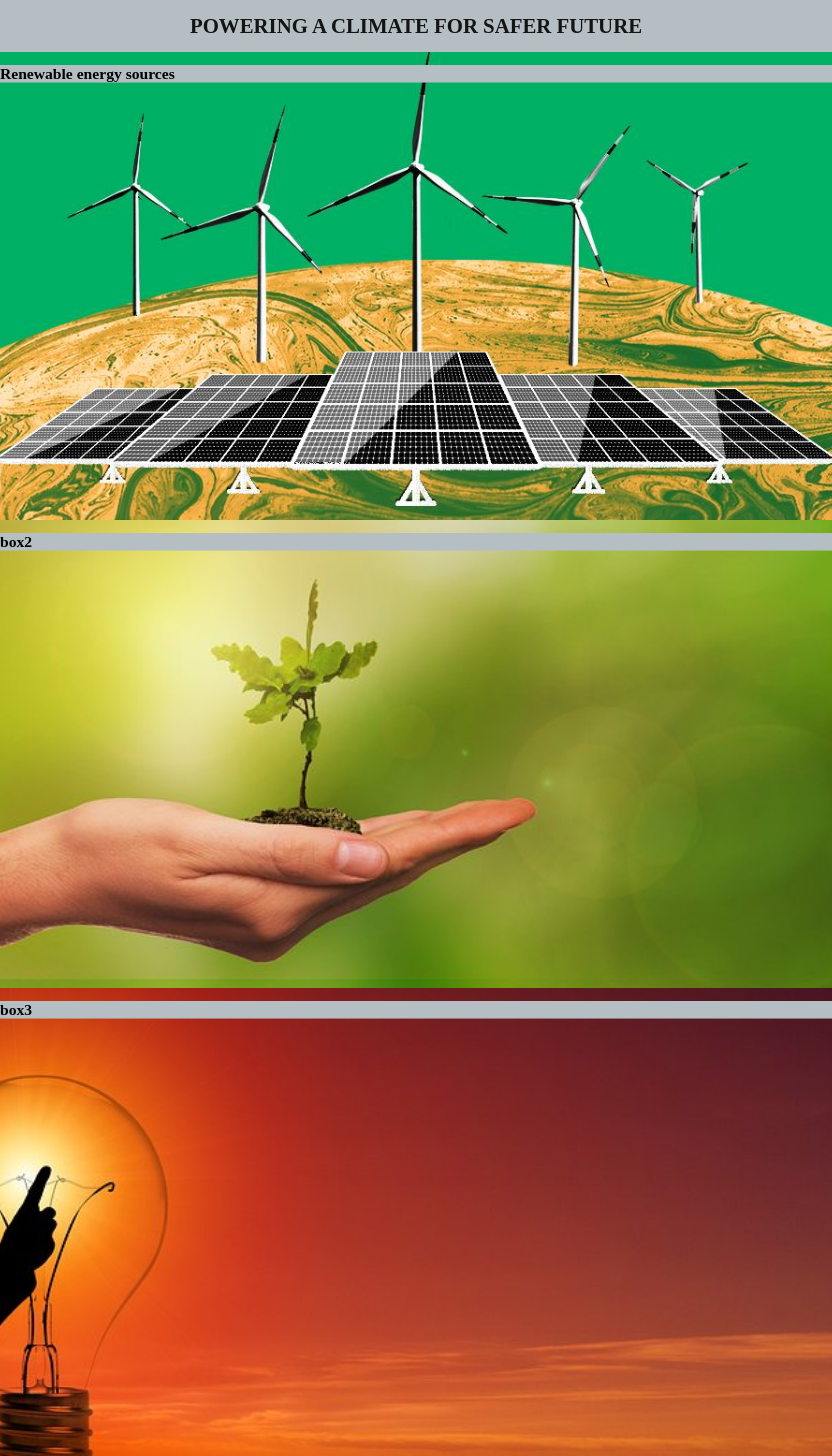
Repository: NavinDayanithi/static-web-design-competition
Page: index.html
These files come from the project's save history. The page is drawn as it stood at one moment and after a run of saves; the edit follows.
The browser window is 1280 px wide. The pictures show the whole page, at 65% of full size.
Backgrounds fixed to the window are drawn as part of the page.

Above is the page before, as saved 2023-04-28 19:48:23.

After the next 2 saves:
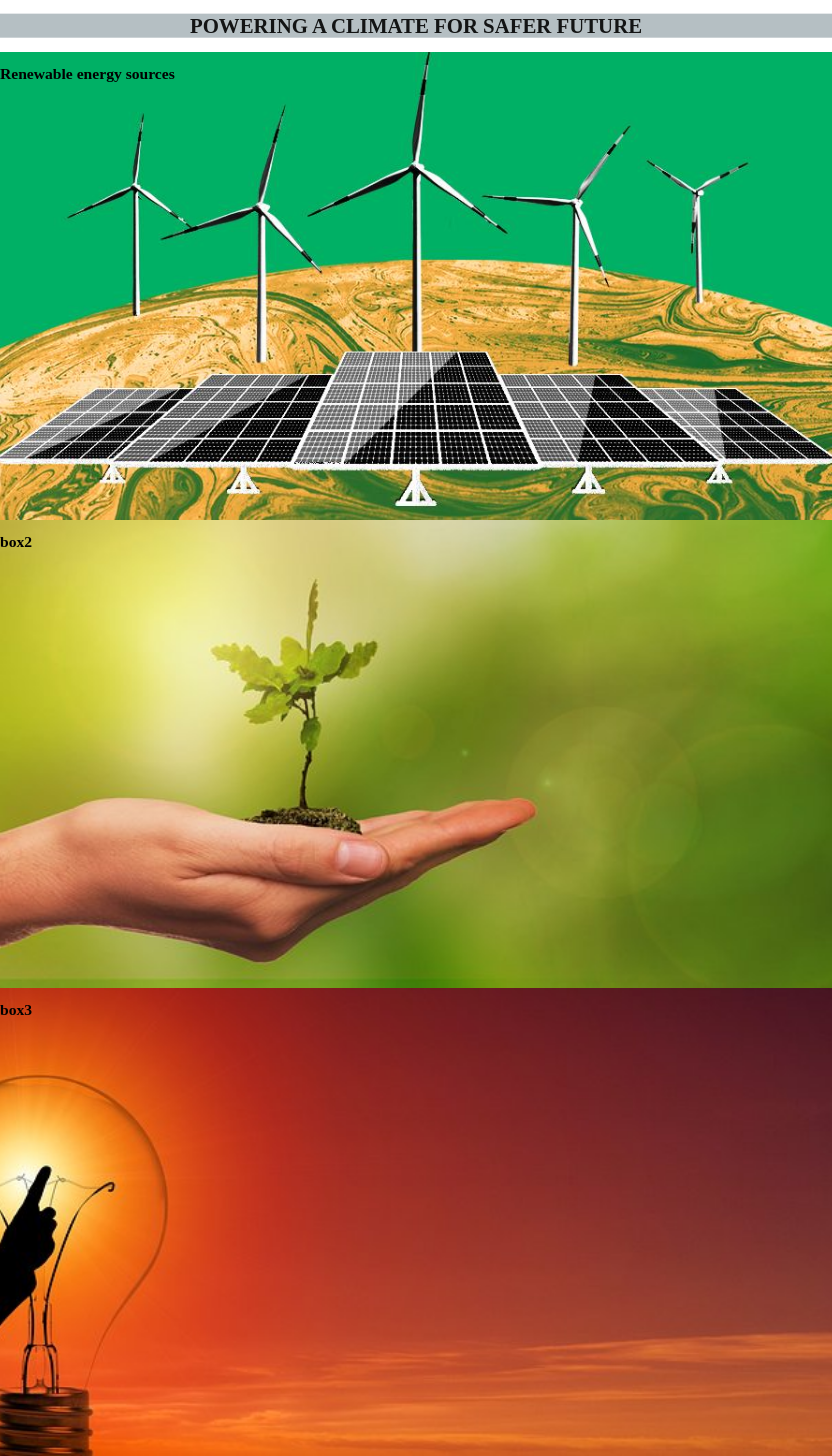
The 2 saves are shown as one change because they came seconds apart.
The last was saved 7 s later.
--- a/styles.css
+++ b/styles.css
@@ -1,10 +1,9 @@
-*{
-    background-color: rgb(181, 191, 195);
-}
+
 h1
 {
     text-align:center;
     color:rgb(19, 20, 20);
+    background-color: rgb(181, 191, 195);
 
 }
 
